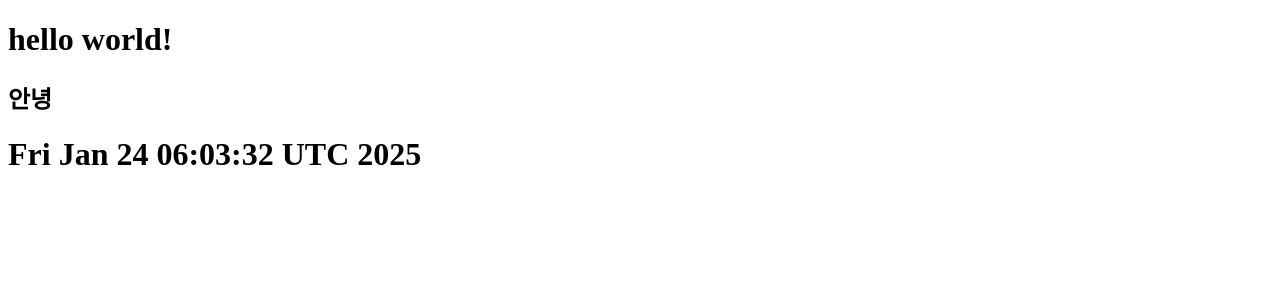
Repository: SaeMi-Kwon/jhta-Jsp
Page: http://localhost/jsp01/test01.jsp
An editor plug-in stored every save of this project. The page is shown before and after the next save, followed by the edit.
The browser window is 1280 px wide. The pictures show the whole page.
The page is served by Tomcat 9.

Above is the page before, as saved 2025-01-24 06:19:10.

After the next save:
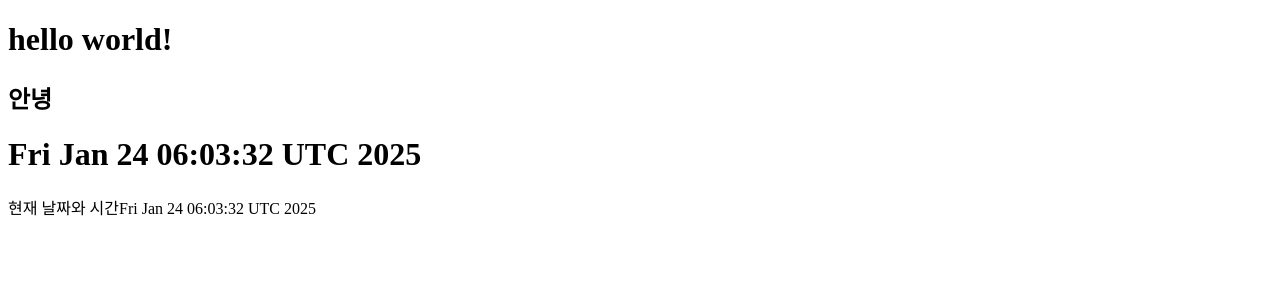
Saved 2 min 44 s later.
--- a/jsp01/src/main/webapp/test01.jsp
+++ b/jsp01/src/main/webapp/test01.jsp
@@ -16,5 +16,6 @@
 		System.out.println(d);
 		out.print("<h1>" + d + "</h1>");  //웹브라우저에 출력하기
 	%>
+	<p>현재 날짜와 시간<%=d%></p>
 </body>
 </html>
